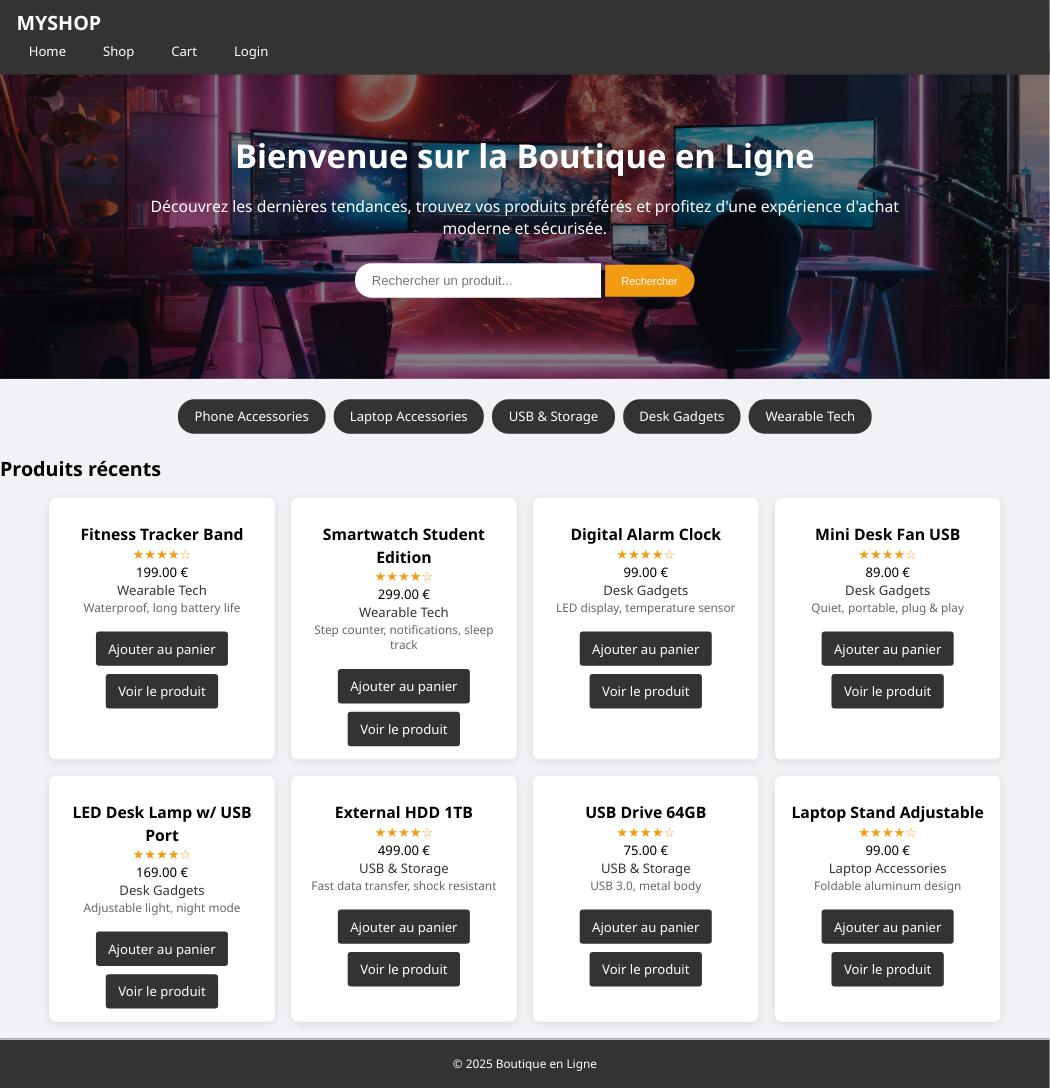
Repository: kiraj-walid/ecomerce
Page: http://localhost/
The author's editor kept a copy of each file at every save. The page is drawn from the files as they stood at one save, then again after the next save.
The browser window is 1280 px wide. The pictures show the whole page, at 82% of full size.
The page is run by PHP 8.4 with error messages shown; the project is at /var/www/html/. The database holds what the project's SQL file puts in it. Queries for data that is not in the repository find no rows.

Above is the page before, as saved 2025-05-07 15:10:59.

### index.php
<?php
require_once 'includes/db.php';
require_once 'includes/functions.php';
include 'includes/header.php';

// Fetch the 8 latest products
$products = $pdo->query('SELECT * FROM produits ORDER BY id DESC LIMIT 8')->fetchAll();

// Fetch categories for quick filters
$categories = $pdo->query("SELECT DISTINCT categorie FROM produits WHERE categorie IS NOT NULL AND categorie != ''")->fetchAll(PDO::FETCH_COLUMN);
?>

<div class="hero-section" style="background-image: url('assets/images/landingpage.webp');">
    <div class="hero-overlay"></div>
    <div class="hero-content">
        <div class="hero-text">
            <h1>Bienvenue sur la Boutique en Ligne</h1>
            <p>Découvrez les dernières tendances, trouvez vos produits préférés et profitez d'une expérience d'achat moderne et sécurisée.</p>
        </div>
        <div class="hero-search">
            <form action="search.php" method="GET">
                <input type="text" name="q" placeholder="Rechercher un produit..." class="search-input">
                <button type="submit" class="hero-btn">Rechercher</button>
            </form>
        </div>
    </div>
</div>

<?php if (!empty($categories)) : ?>
    <div class="category-filters">
        <?php foreach ($categories as $cat) : ?>
            <a href="search.php?category=<?= urlencode($cat) ?>" class="category-card"><?= htmlspecialchars($cat) ?></a>
        <?php endforeach; ?>
    </div>
<?php endif; ?>

<h2 class="recent-products-title">Produits récents</h2>

<?php if (count($products) === 0) : ?>
    <p class="no-products">Aucun produit disponible.</p>
<?php else : ?>
    <div class="product-listing">
        <?php foreach ($products as $prod) : ?>
            <div class="product-card">
                <?php
                $stmt_imgs = $pdo->prepare('SELECT image FROM images_produit WHERE produit_id = ?');
                $stmt_imgs->execute([$prod['id']]);
                $images = $stmt_imgs->fetchAll(PDO::FETCH_COLUMN);
                ?>
                <div class="product-gallery">
                    <?php if ($images && count($images) > 0): ?>
                        <img src="assets/images/<?= htmlspecialchars($images[0]) ?>" alt="<?= htmlspecialchars($prod['nom']) ?>" class="product-image">
                    <?php endif; ?>
                </div>
                <div class="product-info">
                    <strong><?= htmlspecialchars($prod['nom']) ?></strong><br>
                    <div class="product-rating">★★★★☆</div>
                    <span><?= number_format($prod['prix'], 2) ?> €</span><br>
                    <span class="product-category"><?= htmlspecialchars($prod['categorie']) ?></span><br>
                    <div class="product-desc">
                        <?= htmlspecialchars(mb_strimwidth($prod['description'], 0, 80, '...')) ?>
                    </div>
                    <div class="product-actions">
                        <a href="cart.php?add=<?= $prod['id'] ?>" class="add-to-cart-btn">Ajouter au panier</a>
                        <a href="product.php?id=<?= $prod['id'] ?>" class="product-details-btn">Voir le produit</a>
                    </div>
                </div>
            </div>
        <?php endforeach; ?>
    </div>
<?php endif; ?>

<?php include 'includes/footer.php'; ?>

### includes/db.php
<?php
// Connexion à la base de données
$host = 'localhost';
$db   = 'boutique';
$user = 'root';
$pass = '';
$charset = 'utf8mb4';

$dsn = "mysql:host=$host;dbname=$db;charset=$charset";
$options = [
    PDO::ATTR_ERRMODE            => PDO::ERRMODE_EXCEPTION,
    PDO::ATTR_DEFAULT_FETCH_MODE => PDO::FETCH_ASSOC,
    PDO::ATTR_EMULATE_PREPARES   => false,
];
try {
     $pdo = new PDO($dsn, $user, $pass, $options);
} catch (PDOException $e) {
     exit('Erreur de connexion à la base de données : ' . $e->getMessage());
}

### includes/functions.php
<?php
session_start();

function is_logged_in() {
    return isset($_SESSION['user_id']);
}

function is_admin() {
    return isset($_SESSION['role']) && $_SESSION['role'] === 'admin';
}

function redirect($url) {
    header('Location: ' . $url);
    exit();
}

### includes/header.php
<?php
require_once __DIR__ . '/functions.php';
?>
<!DOCTYPE html>
<html lang="fr">
<head>
    <meta charset="UTF-8">
    <title>Boutique en Ligne</title>
    <link rel="stylesheet" href="assets/css/style.css">
</head>
<body>
<!-- <nav class="navbar">
    <div class="navbar-container">
        <a href="index.php" class="navbar-logo">Boutique</a>
        <div class="navbar-links">
            <a href="index.php">Accueil</a>
            <a href="search.php">Recherche</a>
            <a href="cart.php">Panier</a>
            <?php if (is_logged_in()): ?>
                <?php if (is_admin()): ?>
                    <a href="admin/dashboard.php">Admin</a>
                <?php else: ?>
                    <a href="profile.php">Mon Profil</a>
                <?php endif; ?>
                <a href="logout.php" class="logout">Déconnexion</a>
            <?php else: ?>
                <a href="login.php">Connexion</a>
                <a href="register.php">Inscription</a>
            <?php endif; ?>
        </div>
    </div>
</nav> -->
<nav class="navbar">
    <div class="navbar-container">
        <a href="#" class="logo">MyShop</a>
        <div class="nav-links">
            <a href="index.php">Home</a>
            <a href="shop.php">Shop</a>
            <a href="cart.php">Cart</a>
            <a href="login.php">Login</a>
        </div>
    </div>
</nav>
<hr>

### includes/footer.php
<hr>
<footer>
    <p>&copy; <?php echo date('Y'); ?> Boutique en Ligne</p>
</footer>
</body>
</html>

### assets/css/style.css
/* General Reset */
* {
    margin: 0;
    padding: 0;
    box-sizing: border-box;
}

body {
    font-family: 'Segoe UI', sans-serif;
    background-color: #f0f2f5;
    margin: 0;
}

/* Navbar */
nav {
    background-color: #333;
    padding: 10px 20px;
    position: fixed;
    top: 0;
    left: 0;
    width: 100%;
    z-index: 10;
    box-shadow: 0 2px 5px rgba(0, 0, 0, 0.1);
}

nav .nav-container {
    display: flex;
    justify-content: space-between;
    align-items: center;
    max-width: 1200px;
    margin: 0 auto;
}

nav .logo {
    font-size: 1.5em;
    color: white;
    font-weight: bold;
    text-transform: uppercase;
    text-decoration: none;
}

nav .nav-links {
    display: flex;
    gap: 15px;
}

nav .nav-links a {
    color: white;
    text-decoration: none;
    font-size: 1em;
    padding: 8px 15px;
    border-radius: 20px;
    transition: background-color 0.3s;
}

nav .nav-links a:hover {
    background-color: #f39c12;
    color: #333;
}

/* Hero Section */
.hero-section {
    position: relative;
    background-image: url('assets/images/landingpage.webp');
    background-size: cover;
    background-position: center;
    height: 400px;
    color: white;
    display: flex;
    justify-content: center;
    align-items: center;
    text-align: center;
    overflow: hidden; /* Prevent image from going beyond the section */
    margin-top: 60px; /* Add margin to push content below the navbar */
}

.hero-overlay {
    position: absolute;
    top: 0;
    left: 0;
    width: 100%;
    height: 100%;
    background: rgba(0, 0, 0, 0.5);
}

.hero-content {
    position: relative;
    z-index: 2;
    padding: 20px;
    max-width: 80%;
    margin: 0 auto;
}

.hero-content h1 {
    font-size: 2.5em;
    margin-bottom: 20px;
}

.hero-content p {
    font-size: 1.2em;
    margin-bottom: 30px;
}

.hero-search {
    display: flex;
    justify-content: center;
    margin-top: 20px;
}

.hero-search input {
    padding: 12px 20px;
    font-size: 1em;
    border-radius: 20px 0 0 20px;
    border: none;
    width: 300px;
}

.hero-search button {
    padding: 12px 20px;
    background-color: #f39c12;
    color: white;
    border: none;
    border-radius: 0 20px 20px 0;
    cursor: pointer;
}

.hero-search button:hover {
    background-color: #e67e22;
}

/* Category Filters */
.category-filters {
    display: flex;
    justify-content: center;
    margin: 20px 0;
    flex-wrap: wrap;
}

.category-card {
    background-color: #333;
    color: white;
    padding: 10px 20px;
    margin: 5px;
    text-decoration: none;
    border-radius: 20px;
    font-size: 1em;
}

.category-card:hover {
    background-color: #555;
}

/* Product Listing */
.product-listing {
    display: grid;
    grid-template-columns: repeat(auto-fill, minmax(250px, 1fr));
    gap: 20px;
    padding: 20px;
    max-width: 1200px;
    margin: 0 auto;
}

.product-card {
    background-color: white;
    padding: 16px;
    border-radius: 8px;
    box-shadow: 0 2px 12px rgba(0, 0, 0, 0.1);
    transition: transform 0.3s, box-shadow 0.3s;
}

.product-card:hover {
    transform: translateY(-4px);
    box-shadow: 0 4px 16px rgba(0, 0, 0, 0.1);
}

.product-gallery {
    text-align: center;
    margin-bottom: 15px;
}

.product-image {
    max-width: 100%;
    height: auto;
    border-radius: 6px;
}

.product-info {
    text-align: center;
}

.product-info strong {
    font-size: 1.2em;
    margin: 10px 0;
}

.product-rating {
    font-size: 1em;
    color: #f39c12;
}

.product-category {
    font-size: 1em;
    color: #333;
    margin-bottom: 10px;
}

.product-desc {
    font-size: 0.9em;
    color: #666;
    margin-bottom: 10px;
}

.product-actions a {
    display: inline-block;
    padding: 10px 15px;
    margin-top: 10px;
    background-color: #333;
    color: white;
    text-decoration: none;
    border-radius: 4px;
}

.product-actions a:hover {
    background-color: #555;
}

/* Footer */
footer {
    text-align: center;
    color: #888;
    font-size: 0.9em;
    padding: 20px;
    background-color: #333;
    color: white;
}

### sql/schema.sql (the tables this page reads)
CREATE TABLE IF NOT EXISTS produits (
    id INT AUTO_INCREMENT PRIMARY KEY,
    nom VARCHAR(100),
    description TEXT,
    prix DECIMAL(10,2),
    categorie VARCHAR(50),
    image VARCHAR(255)
);

INSERT INTO produits (nom, prix, description, categorie) VALUES
('Silicone Phone Case', 39, 'Ultra-thin, shockproof, multiple colors', 'Phone Accessories'),
('Wireless Earbuds', 129, 'Bluetooth 5.0, 4h battery life', 'Phone Accessories'),
('Magnetic Phone Holder', 49, 'For car or desk, 360° rotation', 'Phone Accessories'),
('Fast Charging Cable (Type-C)', 29, 'Braided, durable, 1.5m length', 'Phone Accessories');

INSERT INTO produits (nom, prix, description, categorie) VALUES
('Laptop Cooling Pad', 139, '5 silent fans, adjustable tilt angles', 'Laptop Accessories'),
('Wireless Mouse', 79, 'Compact, USB receiver included', 'Laptop Accessories'),
('Laptop Stand Adjustable', 99, 'Foldable aluminum design', 'Laptop Accessories');

INSERT INTO produits (nom, prix, description, categorie) VALUES
('USB Drive 64GB', 75, 'USB 3.0, metal body', 'USB & Storage'),
('External HDD 1TB', 499, 'Fast data transfer, shock resistant', 'USB & Storage');

INSERT INTO produits (nom, prix, description, categorie) VALUES
('LED Desk Lamp w/ USB Port', 169, 'Adjustable light, night mode', 'Desk Gadgets'),
('Mini Desk Fan USB', 89, 'Quiet, portable, plug & play', 'Desk Gadgets'),
('Digital Alarm Clock', 99, 'LED display, temperature sensor', 'Desk Gadgets');

INSERT INTO produits (nom, prix, description, categorie) VALUES
('Smartwatch Student Edition', 299, 'Step counter, notifications, sleep track', 'Wearable Tech'),
('Fitness Tracker Band', 199, 'Waterproof, long battery life', 'Wearable Tech');

After the next save:
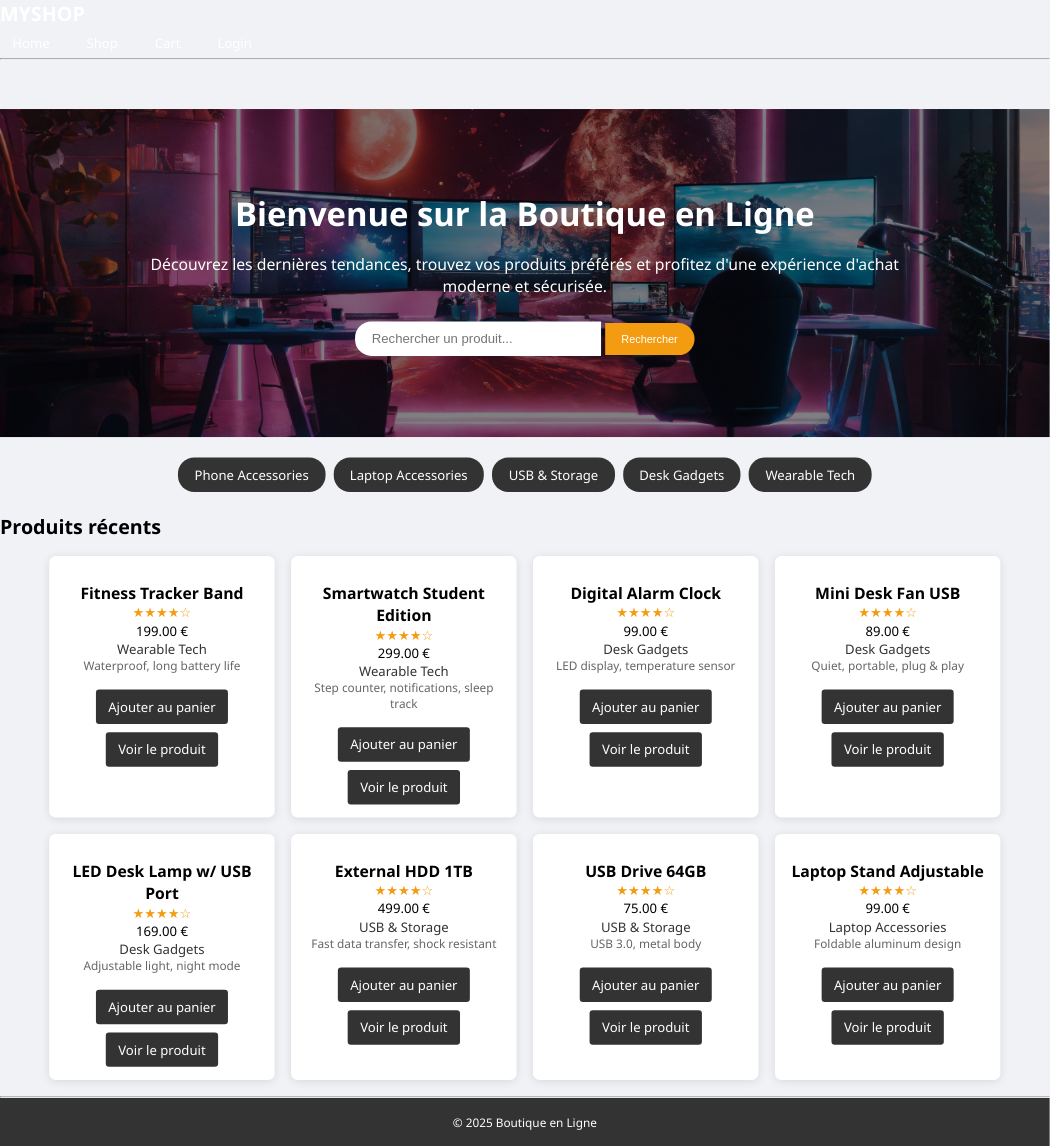
Saved 18 s later.
--- a/assets/css/style.css
+++ b/assets/css/style.css
@@ -11,7 +11,7 @@ body {
     margin: 0;
 }
 
-/* Navbar */
+Navbar
 nav {
     background-color: #333;
     padding: 10px 20px;
